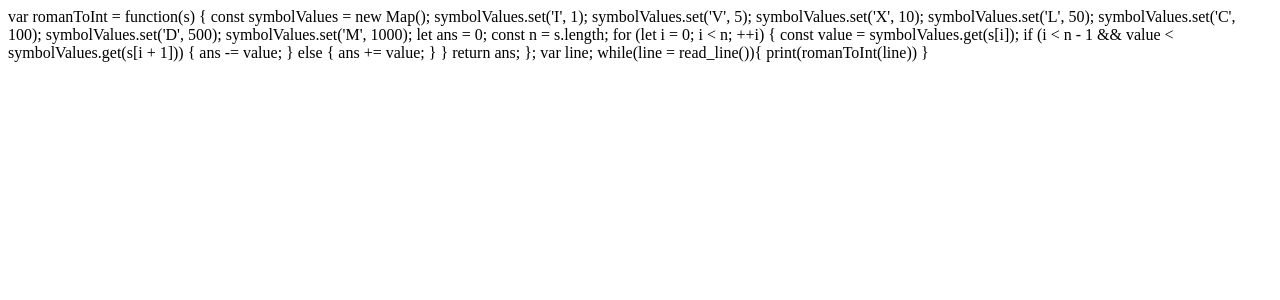
Repository: supercubes/Web
Page: 3.html
These files come from the project's save history. The page is drawn as it stood at one moment and after a run of saves; the edit follows.
The browser window is 1280 px wide. The pictures show the whole page.

Above is the page before, as saved 2025-03-22 18:46:43.

After the next 2 saves:
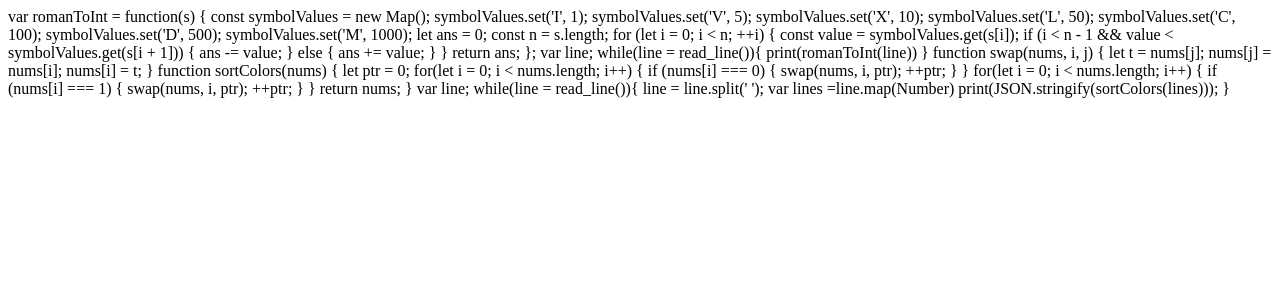
The 2 saves are shown as one change because they came seconds apart.
The last was saved 72 s later.
--- a/3.html
+++ b/3.html
@@ -23,3 +23,30 @@ var romanToInt = function(s) {
     while(line = read_line()){
     print(romanToInt(line))
     }
+    function swap(nums, i, j) {
+let t = nums[j];
+nums[j] = nums[i];
+nums[i] = t;
+}
+function sortColors(nums) {
+let ptr = 0;
+for(let i = 0; i < nums.length; i++) {
+if (nums[i] === 0) {
+swap(nums, i, ptr);
+++ptr;
+}
+}
+for(let i = 0; i < nums.length; i++) {
+if (nums[i] === 1) {
+swap(nums, i, ptr);
+++ptr;
+}
+}
+return nums;
+}
+var line;
+while(line = read_line()){
+line = line.split(' ');
+var lines =line.map(Number)
+print(JSON.stringify(sortColors(lines)));
+}
